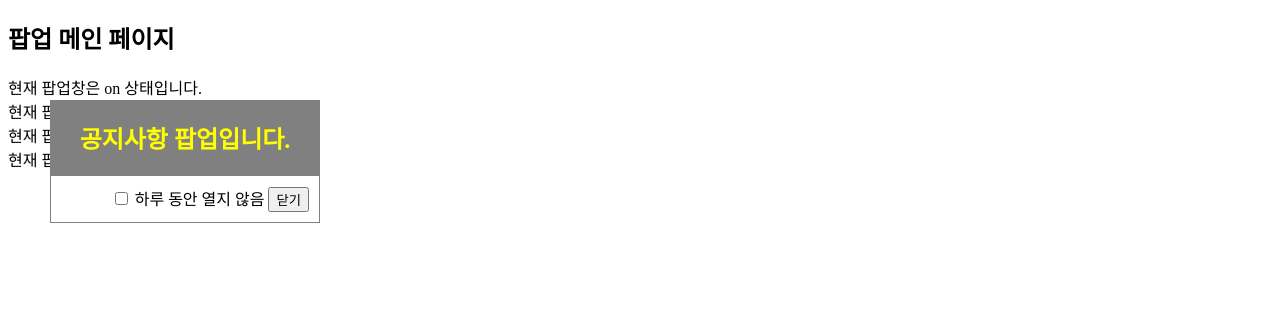
Repository: jungwoonAn/jsp_basic
Page: http://localhost/MustHaveJSP/04_Cookie/PopupMain.jsp
An editor plug-in stored every save of this project. The page is shown before and after the next save, followed by the edit.
The browser window is 1280 px wide. The pictures show the whole page.
The page is served by Tomcat 10.

Above is the page before, as saved 2024-10-18 01:19:02.
Console error: SyntaxError: Invalid or unexpected token

After the next save:
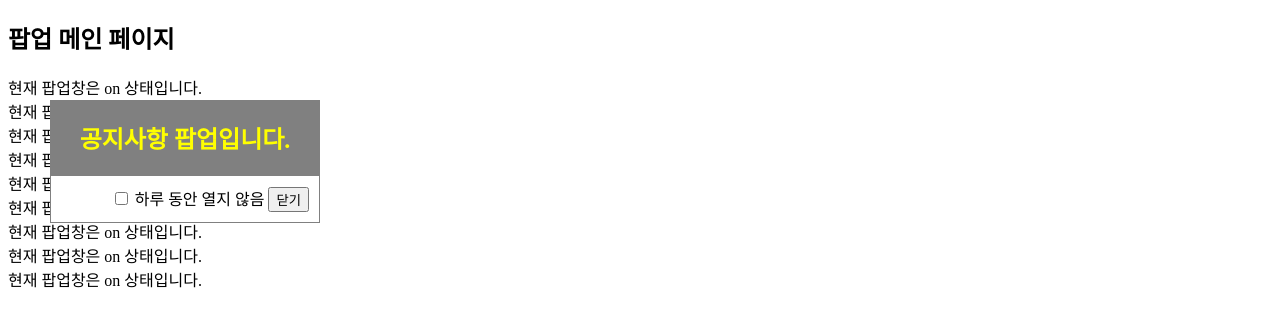
Saved 17 min 19 s later.
--- a/MustHaveJSP/src/main/webapp/04_Cookie/PopupMain.jsp
+++ b/MustHaveJSP/src/main/webapp/04_Cookie/PopupMain.jsp
@@ -55,7 +55,7 @@ if(cookies != null){
 <body>
 	<h2>팝업 메인 페이지</h2>
 	<%
-	for(int i=1; i<5; i++)
+	for(int i=1; i<10; i++)
 		out.print("현재 팝업창은 " + popupMode + " 상태입니다. <br>");
 
 	if(popupMode.equals("on")){
